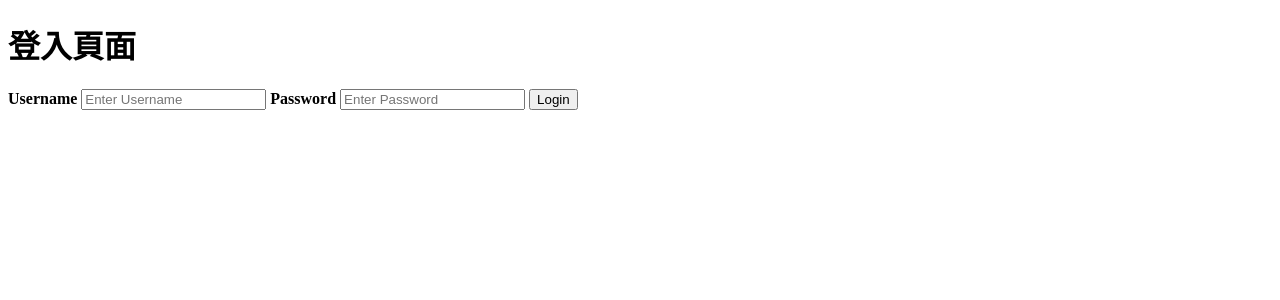
Repository: MoYan0422/HibernateDemo
Page: http://localhost/Hibernate_web/ligin.jsp
These files come from the project's save history. The page is drawn as it stood at one moment and after the next save; the edit follows.
The browser window is 1280 px wide. The pictures show the whole page.
The page is served by Tomcat 9. Nobody is signed in. The application's start-up code is not run. Other server files are loaded and not shown.

Above is the page before, as saved 2022-08-17 07:36:44.

### Hibernate_web/src/main/webapp/ligin.jsp
<%@ page language="java" contentType="text/html; charset=UTF-8"
    pageEncoding="UTF-8"%>
<!DOCTYPE html>
<html>
<head>
<meta charset="UTF-8">
<title>Login page</title>
</head>
<body>
<h1>登入頁面</h1>
<form action="checkLogin" method="post">

  <div class="container">
    <label for="uname"><b>Username</b></label>
    <input type="text" placeholder="Enter Username" name="uname" required>

    <label for="psw"><b>Password</b></label>
    <input type="password" placeholder="Enter Password" name="psw" required>

    <button type="submit">Login</button>
  </div>

</form>
</body>
</html>

After the next save:
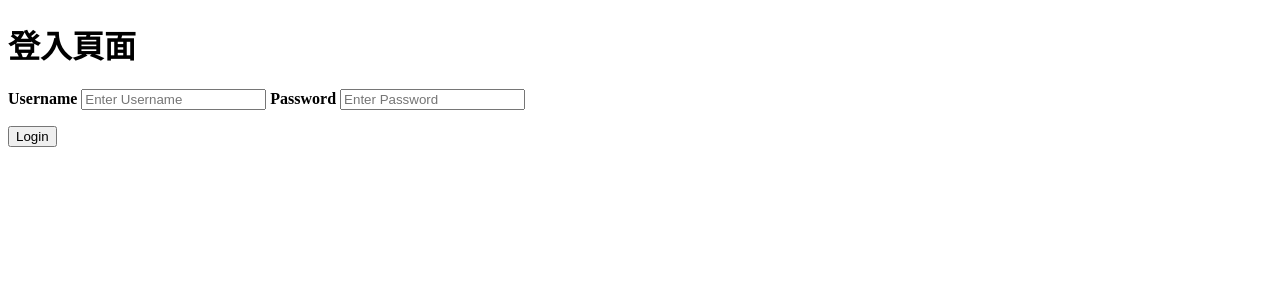
Saved 90 s later.
--- a/Hibernate_web/src/main/webapp/ligin.jsp
+++ b/Hibernate_web/src/main/webapp/ligin.jsp
@@ -16,7 +16,7 @@
 
     <label for="psw"><b>Password</b></label>
     <input type="password" placeholder="Enter Password" name="psw" required>
-
+	<p>${errorMsgMap.LoginError }</p>
     <button type="submit">Login</button>
   </div>
 
